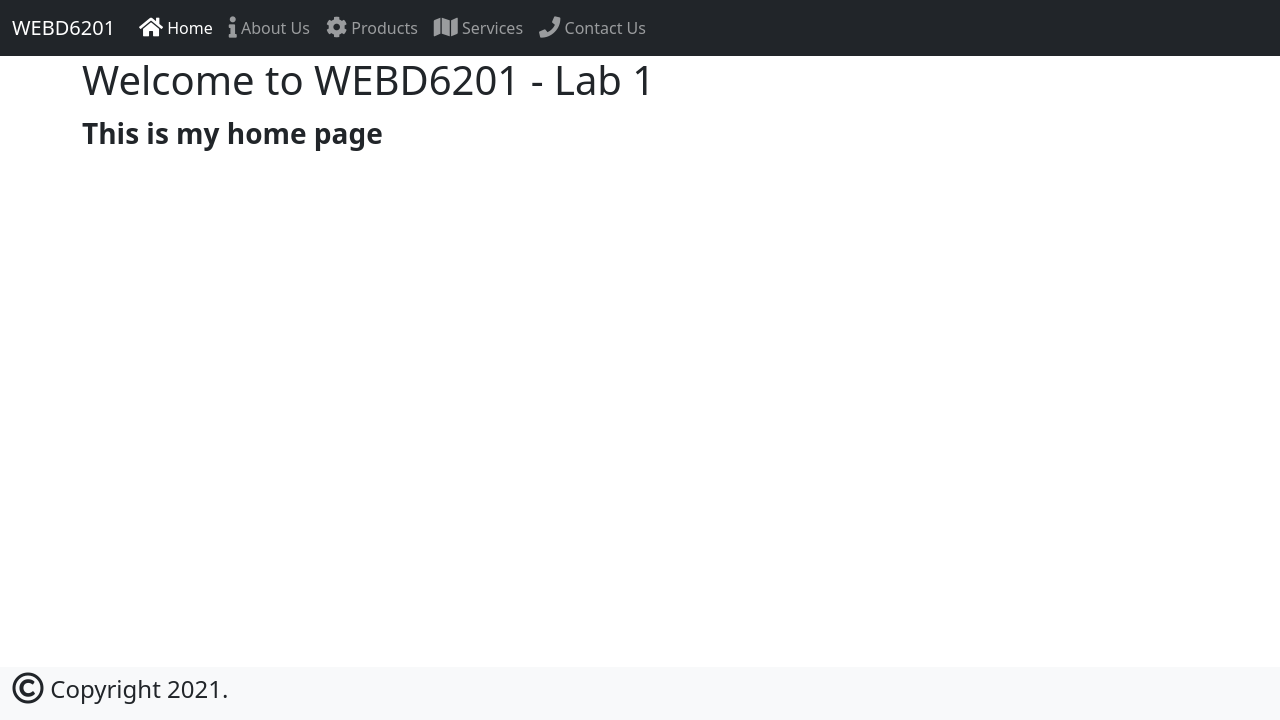
Repository: YiuWingLau/WEBD6201-W2021-Lab1
Page: index.html
An editor plug-in stored every save of this project. The page is shown before and after the next save, followed by the edit.
The browser window is 1280 px wide. The pictures show the whole page.

Above is the page before, as saved 2021-02-03 17:20:09.

After the next save:
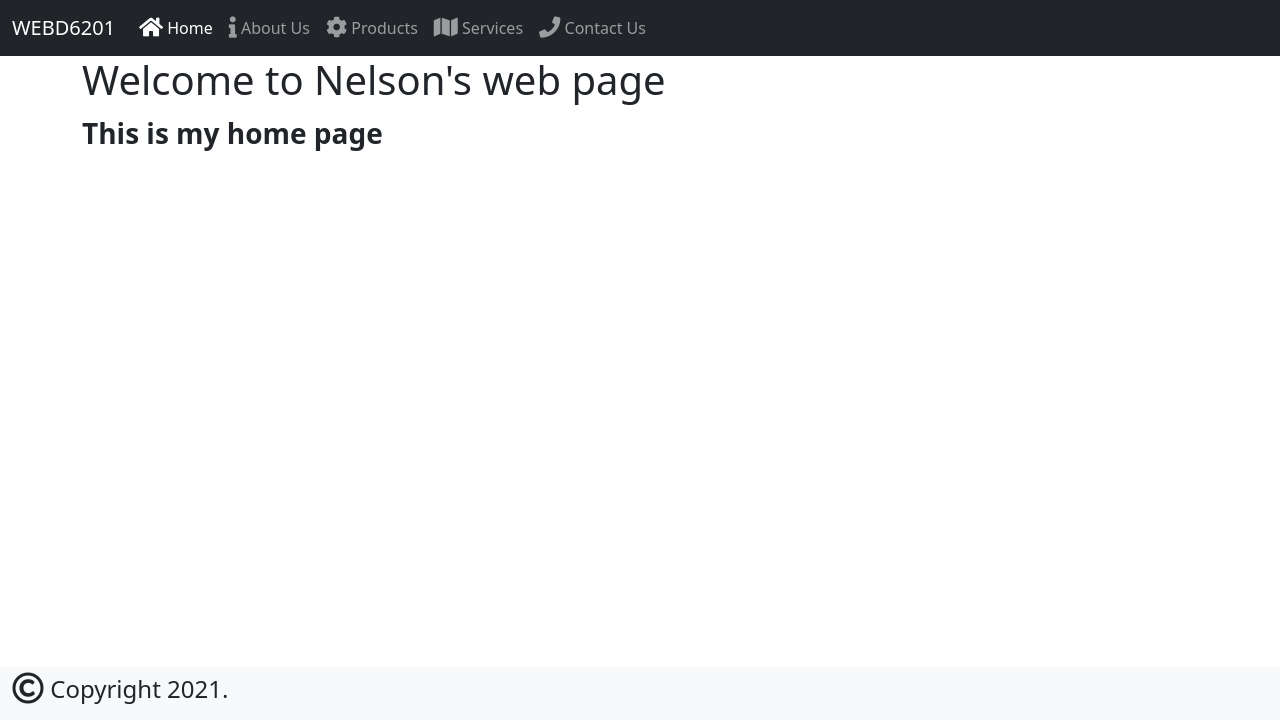
Saved 2 min 35 s later.
--- a/Scripts/app.js
+++ b/Scripts/app.js
@@ -54,7 +54,7 @@
         // update / modification
         //mainContent.firstElementChild.textContent = "Welcome Home!";
 
-        mainContent.innerHTML = `<h1 id="firstHeading">Welcome to WEBD6201 - Lab 1</h1>
+        mainContent.innerHTML = `<h1 id="firstHeading">Welcome to Nelson's web page</h1>
          <p id="paragraphOne" class="fs-3 fw-bold">This is my home page</p>
         `;
 
